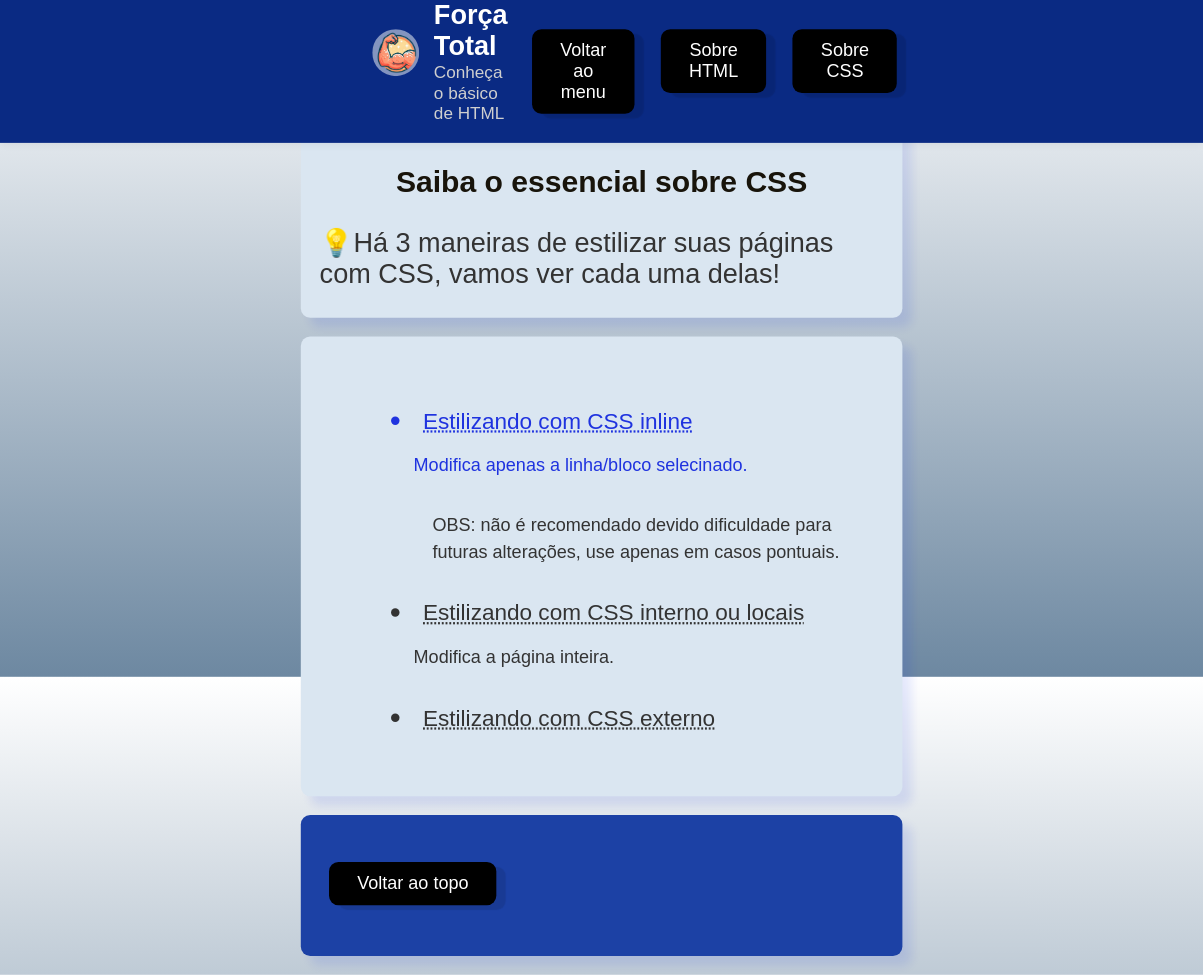
Repository: LuidyOn/Site_Forca_Total
Page: ForçaTotal/paginas/sobrecss.html
The author's editor kept a copy of each file at every save. The page is drawn from the files as they stood at one save, then again after the next save.
The browser window is 1280 px wide. The pictures show the whole page, at 94% of full size.
Backgrounds fixed to the window are drawn as part of the page.

Above is the page before, as saved 2025-05-22 20:42:58.

After the next save:
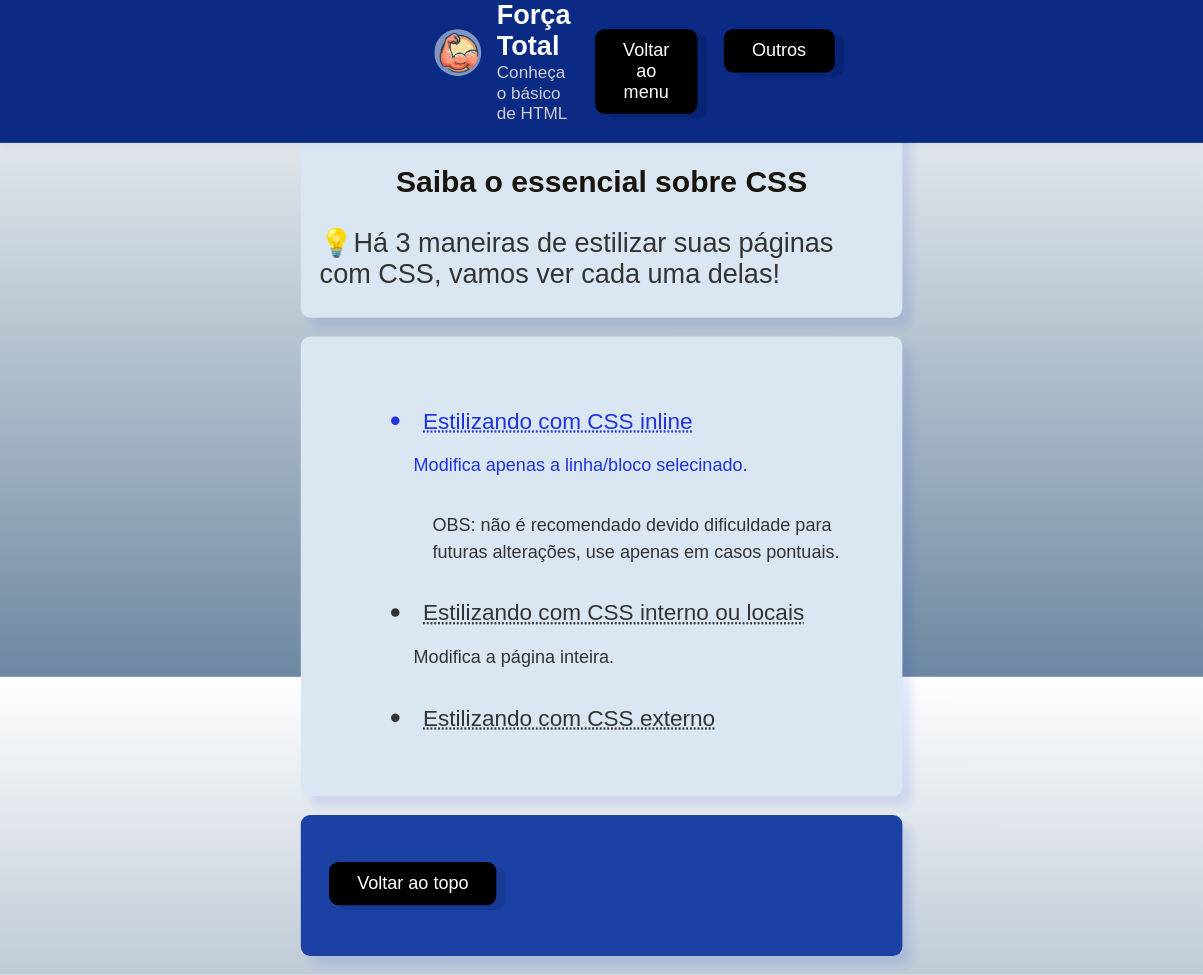
Saved 17 s later.
--- a/ForçaTotal/paginas/sobrecss.html
+++ b/ForçaTotal/paginas/sobrecss.html
@@ -61,7 +61,7 @@
 -->
 </head>
 <body>
-        <header>
+            <header>
       <div style="display: flex; align-items: center; gap: 16px;">
         <img src="../img/logo.jpg" alt="Imagem logo" style="height: 50px; width: auto; margin-left: 480px;">
         <div style="text-align: left;">
@@ -71,8 +71,7 @@
       </div>
       <span style="flex: 1; display: flex; justify-content: center; gap: 8px; margin-right: 400px;" >
         <a href="../index.html"><button id="botao">Voltar ao menu</button></a>
-        <a href="sobreHTML.html"><button>Sobre HTML</button></a>
-        <a href="sobrecss.html"><button>Sobre CSS</button></a>
+        <a href="outros.html"><button>Outros</button></a>
       </span>
     </header>
     <div style="height: 100px;"></div>
